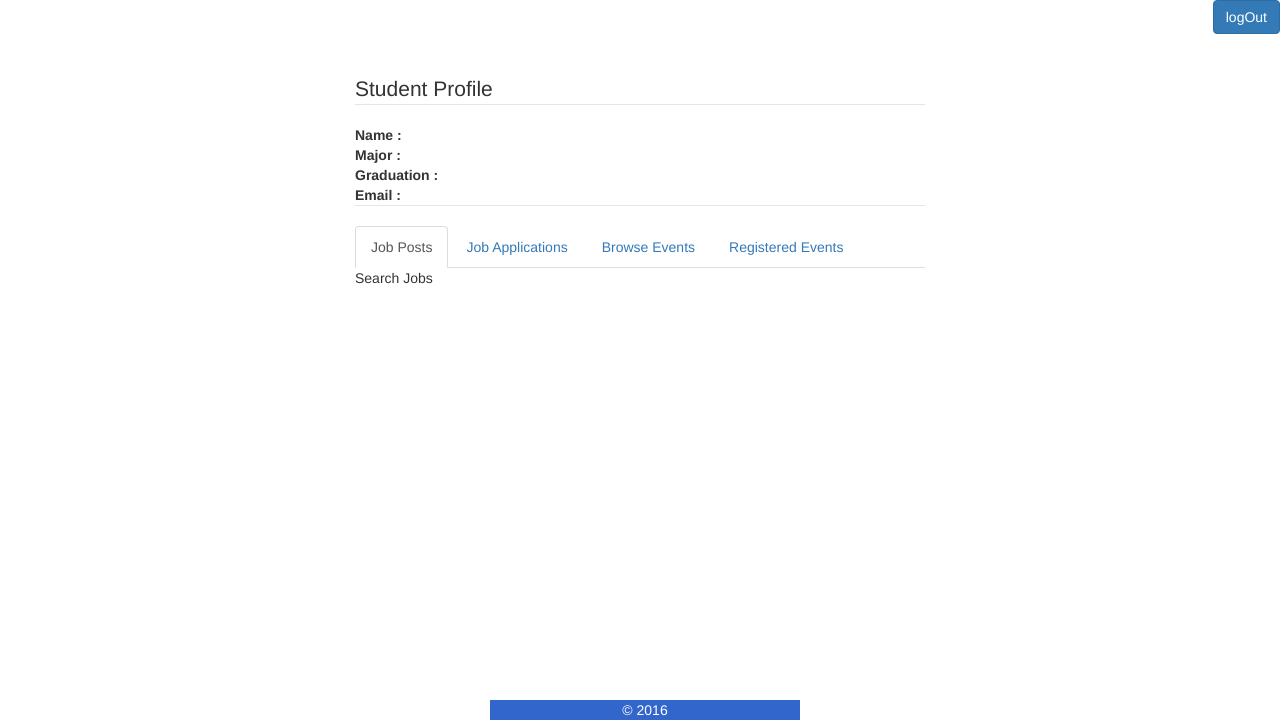
Repository: merlynfrank/AcademicProjects
Page: http://localhost/studenthome
These files come from the project's save history. The page is drawn as it stood at one moment and after the next save; the edit follows.
The browser window is 1280 px wide. The pictures show the whole page.
The page is this project's Thymeleaf template; nobody is signed in. The template is opened directly, without the code that normally fills it, so the values that code supplies are empty.

Above is the page before, as saved 2018-12-01 01:10:36.

### smith-is-internship/src/main/resources/templates/studenthome.html
<!DOCTYPE html>
<html xmlns:th="http://thymeleaf.org">
<head>
<link th:href="@{/css/bootstrap.min.css}" rel="stylesheet"
	type="text/css"></link>
<link th:href="@{/css/layout.css}" rel="stylesheet" type="text/css"></link>
<script type="text/javascript" th:src="@{/js/jquery-3.1.0.min.js}"></script>
<script type="text/javascript" th:src="@{/js/bootstrap.min.js}"></script>

</head>
<style>
.footer {
	position: absolute;
	right: 37.5%;
	left: 50%;
	bottom: 0px;
	width: 100;
	background: #3366cc;
	color: white;
	text-align: center;
	margin-left: -150px
}

.grid-container{
display: grid;
grid-template-columns: 50% 50%;
}

.collapsible{
backgroound-color: #eee;
color : #444;
cursor: pointer;
padding: 18px;
width: 100%;
border: none;
text-align: left;
outline: none;
font-size: 15px;
}

.active, .collapsible:hover
{
backgroound-color: #ccc;
}

.content{
padding: 0 18px;
display: none;
overflow: hidden;
background-color: #f1f1f1;
}
</style>
<body>
<!-- LogOut button -->
	<form th:action="@{/login}" th:object="${loginForm}">
		<div align="right">
			<button id="logOut" name="logOut" class="btn btn-primary">logOut</button>
		</div>
	</form>
	<br />
	<br />
	<div class="container">
		<form class="form-horizontal" th:action="@{/login}"
			th:object="${loginForm}" method="post">
			<fieldset>

				<!-- Form Name -->
				<legend>Student Profile</legend>
				<table>
					<tr>
						<th>Name :</th>
						<td><span th:text="${fname}"> ${fname} </span><span
							th:text="${lname}">${lname}</span></td>
					</tr>
					<tr>
						<th>Major :</th>
						<td><span th:text="${major}"> ${major} </span></td>
					</tr>
					<tr>
						<th>Graduation :</th>
						<td><span th:text="${graduation}"> ${graduation} </span></td>
					</tr>
					<tr>
						<th>Email :</th>
						<td><span th:text="${email}"> ${email} </span></td>
					</tr>
				</table>

			</fieldset>
		</form>

		<script type="text/javascript" th:src="@{/js/jquery-3.1.0.min.js}"></script>
		<script type="text/javascript" th:src="@{/js/bootstrap.min.js}"></script>
	</div>

	<!-- Table for Search jobs and Applied jobs -->
	<div class="container"><legend></legend></div>

<div id="exTab2" class="container">
<ul class="nav nav-tabs">
			<li class="active">
        <a  href="#1" data-toggle="tab">Job Posts</a>
			</li>
			<li><a href="#2" data-toggle="tab">Job Applications</a>
			</li>
			<li><a href="#3" data-toggle="tab">Browse Events</a>
			</li>
			<li><a href="#4" data-toggle="tab">Registered Events</a>
			</li>
		</ul>

			<div class="tab-content ">
			  <div class="tab-pane active" id="1">
         		<p>Search Jobs</p>
				</div>
				<div class="tab-pane" id="2">
          <h3>Notice the gap between the content and tab after applying a background color</h3>
				</div>
        <div class="tab-pane" id="3">
          <h3>add clearfix to tab-content (see the css)</h3>
				</div>
				<div class="tab-pane" id="4">
          <h3>add clearfix to tab-content (see the css)</h3>
				</div>
			</div>
  </div>


</body>
<div class="footer">&copy; 2016</div>

</html>

### smith-is-internship/src/main/resources/static/css/layout.css
.container {
    width: 600px;
    margin: auto;
}
.remember-me {
    text-align: center;
}
.btn-login {
    width: 100%;
}

Loaded but not shown: smith-is-internship/src/main/resources/static/css/bootstrap.min.css (library); smith-is-internship/src/main/resources/static/js/jquery-3.1.0.min.js (library); smith-is-internship/src/main/resources/static/js/bootstrap.min.js (library)

After the next save:
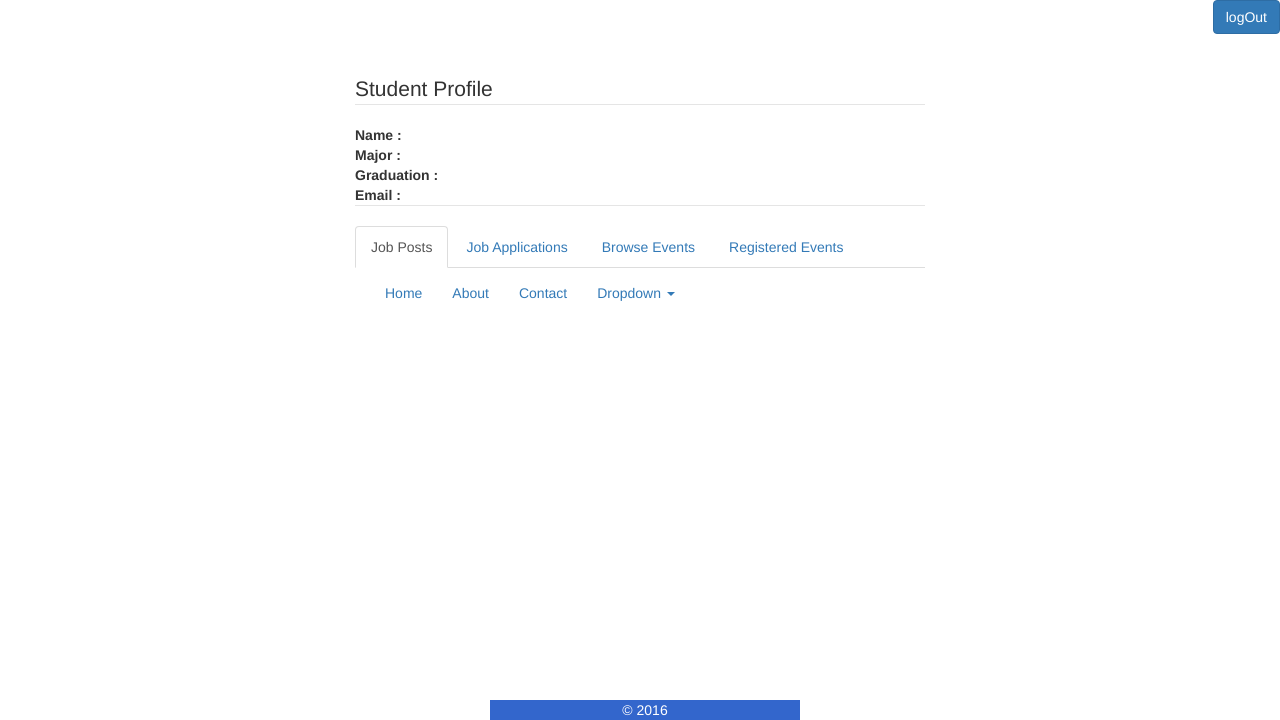
Saved 19 min 41 s later.
--- a/smith-is-internship/src/main/resources/templates/studenthome.html
+++ b/smith-is-internship/src/main/resources/templates/studenthome.html
@@ -21,37 +21,36 @@
 	margin-left: -150px
 }
 
-.grid-container{
-display: grid;
-grid-template-columns: 50% 50%;
+.grid-container {
+	display: grid;
+	grid-template-columns: 50% 50%;
 }
 
-.collapsible{
-backgroound-color: #eee;
-color : #444;
-cursor: pointer;
-padding: 18px;
-width: 100%;
-border: none;
-text-align: left;
-outline: none;
-font-size: 15px;
+.collapsible {
+	backgroound-color: #eee;
+	color: #444;
+	cursor: pointer;
+	padding: 18px;
+	width: 100%;
+	border: none;
+	text-align: left;
+	outline: none;
+	font-size: 15px;
 }
 
-.active, .collapsible:hover
-{
-backgroound-color: #ccc;
+.active, .collapsible:hover {
+	backgroound-color: #ccc;
 }
 
-.content{
-padding: 0 18px;
-display: none;
-overflow: hidden;
-background-color: #f1f1f1;
+.content {
+	padding: 0 18px;
+	display: none;
+	overflow: hidden;
+	background-color: #f1f1f1;
 }
 </style>
 <body>
-<!-- LogOut button -->
+	<!-- LogOut button -->
 	<form th:action="@{/login}" th:object="${loginForm}">
 		<div align="right">
 			<button id="logOut" name="logOut" class="btn btn-primary">logOut</button>
@@ -94,36 +93,54 @@ background-color: #f1f1f1;
 	</div>
 
 	<!-- Table for Search jobs and Applied jobs -->
-	<div class="container"><legend></legend></div>
+	<div class="container">
+		<legend></legend>
+	</div>
 
-<div id="exTab2" class="container">
-<ul class="nav nav-tabs">
-			<li class="active">
-        <a  href="#1" data-toggle="tab">Job Posts</a>
+	<div id="exTab2" class="container">
+		<ul class="nav nav-tabs">
+			<li class="active"><a href="#1" data-toggle="tab">Job Posts</a>
 			</li>
-			<li><a href="#2" data-toggle="tab">Job Applications</a>
-			</li>
-			<li><a href="#3" data-toggle="tab">Browse Events</a>
-			</li>
-			<li><a href="#4" data-toggle="tab">Registered Events</a>
-			</li>
+			<li><a href="#2" data-toggle="tab">Job Applications</a></li>
+			<li><a href="#3" data-toggle="tab">Browse Events</a></li>
+			<li><a href="#4" data-toggle="tab">Registered Events</a></li>
 		</ul>
 
-			<div class="tab-content ">
-			  <div class="tab-pane active" id="1">
-         		<p>Search Jobs</p>
-				</div>
-				<div class="tab-pane" id="2">
-          <h3>Notice the gap between the content and tab after applying a background color</h3>
-				</div>
-        <div class="tab-pane" id="3">
-          <h3>add clearfix to tab-content (see the css)</h3>
-				</div>
-				<div class="tab-pane" id="4">
-          <h3>add clearfix to tab-content (see the css)</h3>
-				</div>
+		<div class="tab-content ">
+			<div class="tab-pane active" id="1">
+				 <div id="navbar" class="navbar-collapse collapse">
+                <ul class="nav navbar-nav">
+                    <li class="active"><a href="#">Home</a></li>
+                    <li><a href="#">About</a></li>
+                    <li><a href="#">Contact</a></li>
+                    <li class="dropdown">
+                        <a href="#" class="dropdown-toggle" data-toggle="dropdown" role="button" aria-haspopup="true"
+                           aria-expanded="false">Dropdown <span class="caret"></span></a>
+                        <ul class="dropdown-menu">
+                            <li><a href="#">Action</a></li>
+                            <li><a href="#">Another action</a></li>
+                            <li><a href="#">Something else here</a></li>
+                            <li role="separator" class="divider"></li>
+                            <li class="dropdown-header">Nav header</li>
+                            <li><a href="#">Separated link</a></li>
+                            <li><a href="#">One more separated link</a></li>
+                        </ul>
+                    </li>
+                </ul>
+                </div>
 			</div>
-  </div>
+			<div class="tab-pane" id="2">
+				<h3>Notice the gap between the content and tab after applying a
+					background color</h3>
+			</div>
+			<div class="tab-pane" id="3">
+				<h3>add clearfix to tab-content (see the css)</h3>
+			</div>
+			<div class="tab-pane" id="4">
+				<h3>add clearfix to tab-content (see the css)</h3>
+			</div>
+		</div>
+	</div>
 
 
 </body>
